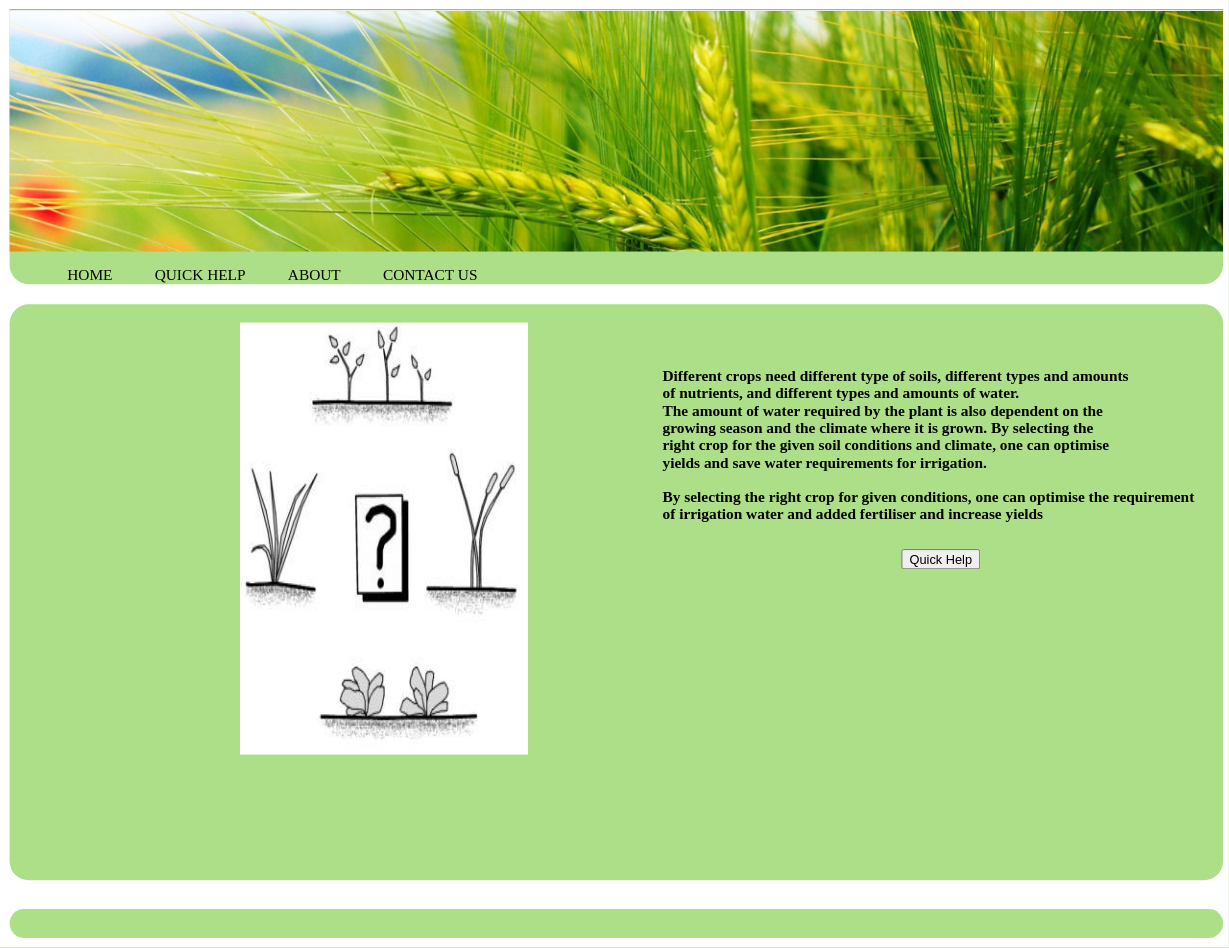
Repository: shivamtyagi1234/FarmoFriend
Page: http://localhost/FarmoFriend/
The author's editor kept a copy of each file at every save. The page is drawn from the files as they stood at one save, then again after the next save.
The browser window is 1280 px wide. The pictures show the whole page, at 96% of full size.
The page is served by Tomcat 9. Other server files are loaded and not shown.

Above is the page before, as saved 2019-11-03 07:24:14.

### FarmoFriend/WebContent/home.jsp
<%@ page language="java" contentType="text/html; charset=ISO-8859-1"
    pageEncoding="ISO-8859-1"%>
<!DOCTYPE html PUBLIC "-//W3C//DTD HTML 4.01 Transitional//EN" "http://www.w3.org/TR/html4/loose.dtd">
<html>
<head>
<meta http-equiv="Content-Type" content="text/html; charset=ISO-8859-1">
<title>home</title>

<style type="text/css">
#main
{
width: 100%;
height: 100%;
border: 2px solid white;
}
#homeHead
{
background-color: #ACDF87;
border-radius:0px 0px 20px 20px;
}
#blank1
{
width: 100%;
height: 5px;
}
#homeBody
{
background-color: #ACDF87;
border-top:2px solid;
width: 100%;
height: 600px;
border: 2px;
border-color:limegreen;
border-radius:20px 20px 20px 20px;
}
#homeImage
{
height: 100%;
width: 50%;
}
#homeContent
{
height: 100%;
width: 50%;
}
#homeBody img
{
height:450px;
width:300px;
padding-left: 38%;
padding-top: 3%;
}
#QuickHelp
{
border:2px;
border-color: #ACDF87;
padding-top:1%;
padding-left: 45%;
padding-bottom:1%;
background-color: #ACDF87;
border-radius:0px 0px 20px 20px;
}
#blank2
{
width: 100%;
height:30px;
}
</style>
</head>
<body >
<div id="main">
<div id="homeHead">
<jsp:include page="header.jsp"></jsp:include>
</div>
<div id="blank1"></div>

<div id="homeBody">
	<div style="float: left; width: 50%"><img alt="home1" src="images\crop selection.jpg" ></div>
	<div style="float: right; text-align: left; text-decoration: blink; padding-right:30px; padding-top: 45px";>
	<p><h4>Different crops need different type of soils, different types and amounts
	<br>of nutrients, and different types and amounts of water.
	<br>The amount of water required by the plant is also dependent on the
	<br>growing season and the climate where it is grown. By selecting the
	<br>right crop for the given soil conditions and climate, one can optimise
	<br> yields and save water requirements for irrigation.<br>
	<br>By selecting the right crop for given conditions, one can optimise the requirement
	<br>of irrigation water and added fertiliser and increase yields</h4></p>
	<div id="QuickHelp">
<a href="voterLogin.jsp"><button>Quick Help</button></a>
</div>
	</div>




</div>
<div id="blank2"></div>
<div id="homeFoot">
<jsp:include page="footer.jsp"></jsp:include>
</div>
</div>
</body>
</html>

### FarmoFriend/WebContent/header.jsp
<%@ page language="java" contentType="text/html; charset=ISO-8859-1"
    pageEncoding="ISO-8859-1"%>
<!DOCTYPE html PUBLIC "-//W3C//DTD HTML 4.01 Transitional//EN" "http://www.w3.org/TR/html4/loose.dtd">
<head>
<meta http-equiv="Content-Type" content="text/html; charset=ISO-8859-1">
<title>result</title>
<style>
#header
{
height: 25%;
width: 100%;
}
#header ul
{
list-style-type: none;
}
#header ul li
{
display: inline;
margin-bottom: 10px;
padding: 20px;
}
#header ul li a
{
text-decoration: none;
color: black;
}
</style>
</head>
<body>
<div id="header">
	<img src="images\head.png" width="100%">
	<ul>
	<li><a href="home.jsp">HOME</a></li>
	<li><a href="registration.jsp">QUICK HELP</a></li>
	<li><a href="voterLogin.jsp">ABOUT</a></li>
	<li><a href="result.jsp">CONTACT US</a></li>
</ul>
</div>
</body>
</html>

### FarmoFriend/WebContent/footer.jsp
<%@ page language="java" contentType="text/html; charset=ISO-8859-1"
    pageEncoding="ISO-8859-1"%>
<!DOCTYPE html PUBLIC "-//W3C//DTD HTML 4.01 Transitional//EN" "http://www.w3.org/TR/html4/loose.dtd">
<html>
<head>
<meta http-equiv="Content-Type" content="text/html; charset=ISO-8859-1">

<title>FOOTER</title>
<style type="text/css">
#footer
{
width: 100%;
height: 30px;
background-color: #ACDF87;
border-radius:20px 20px 20px 20px;
}
</style>
</head>
<body>
<div id="footer">

</div>
</body>
</html>

After the next save:
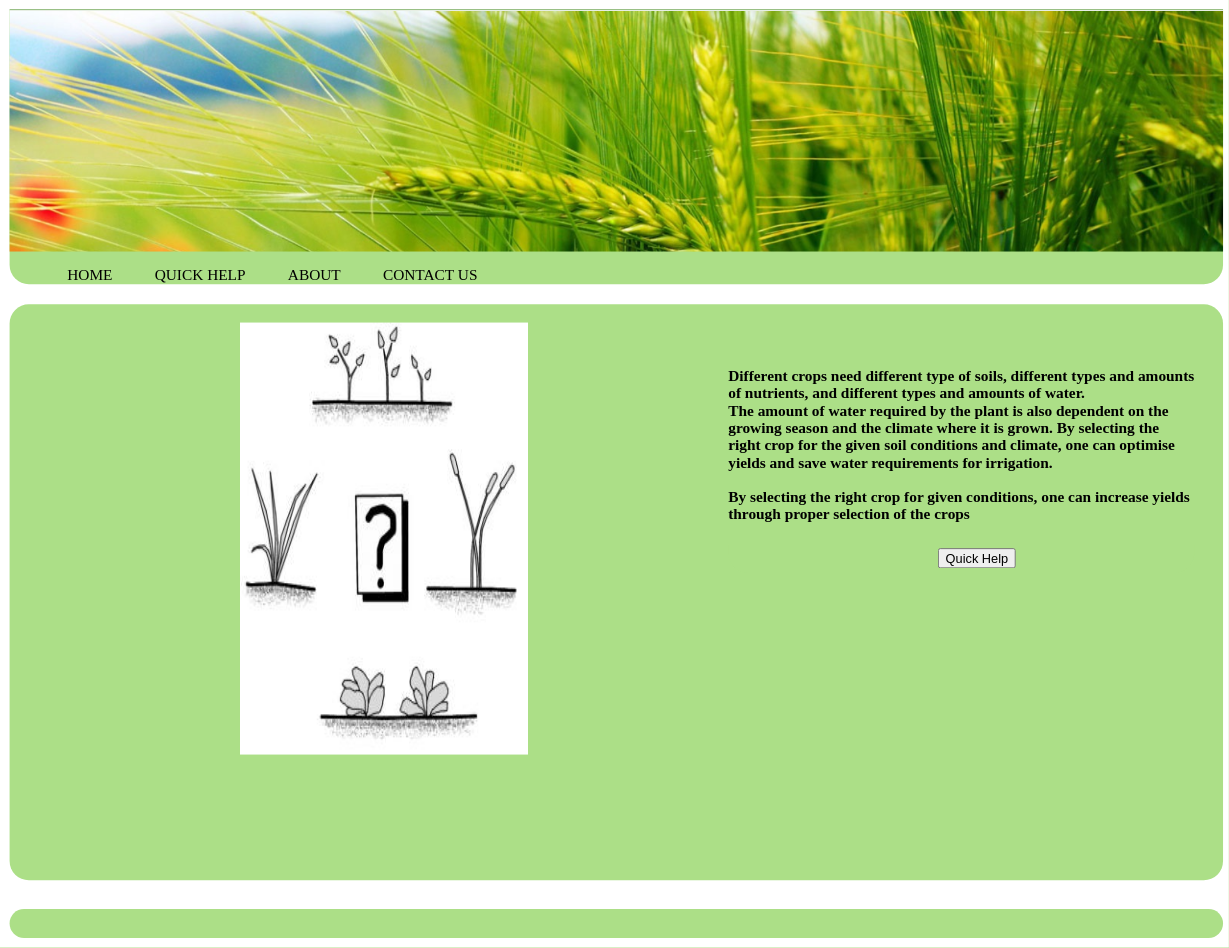
Saved 71 s later.
--- a/FarmoFriend/WebContent/home.jsp
+++ b/FarmoFriend/WebContent/home.jsp
@@ -83,8 +83,8 @@ height:30px;
 	<br>growing season and the climate where it is grown. By selecting the
 	<br>right crop for the given soil conditions and climate, one can optimise
 	<br> yields and save water requirements for irrigation.<br>
-	<br>By selecting the right crop for given conditions, one can optimise the requirement
-	<br>of irrigation water and added fertiliser and increase yields</h4></p>
+	<br>By selecting the right crop for given conditions, one can increase yields
+	<br>through proper selection of the crops</h4></p>
 	<div id="QuickHelp">
 <a href="voterLogin.jsp"><button>Quick Help</button></a>
 </div>
